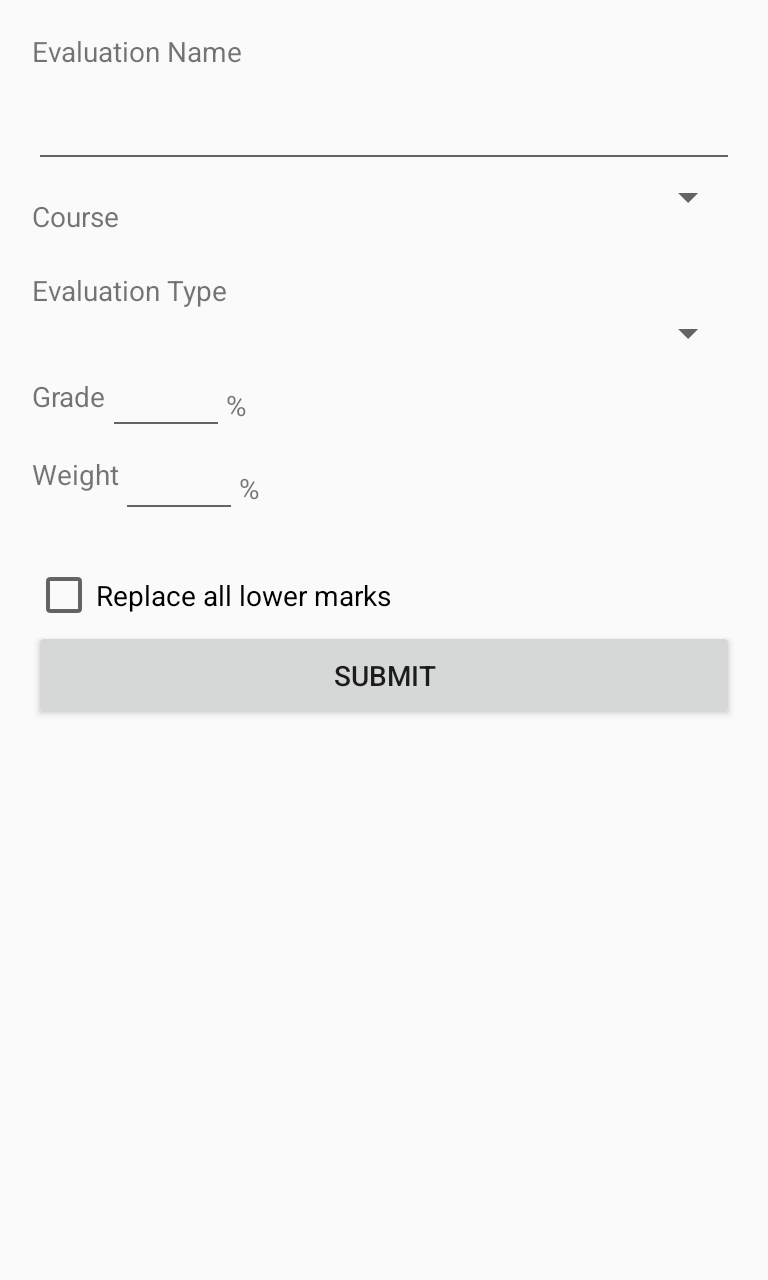
Repository: Tenergy05/GradePlanner
Layout: GradePlanner/res/layout/activity_add_mark.xml
The author's editor kept a copy of each file at every save. The layout is drawn from the files as they stood at one save, then again after the next save.
It is drawn on a 768 x 1280 px phone screen (xhdpi) without system bars, with theme AppTheme; the app's code is not run.

Above is the layout before, as saved 2014-12-30 21:50:20.

After the next save:
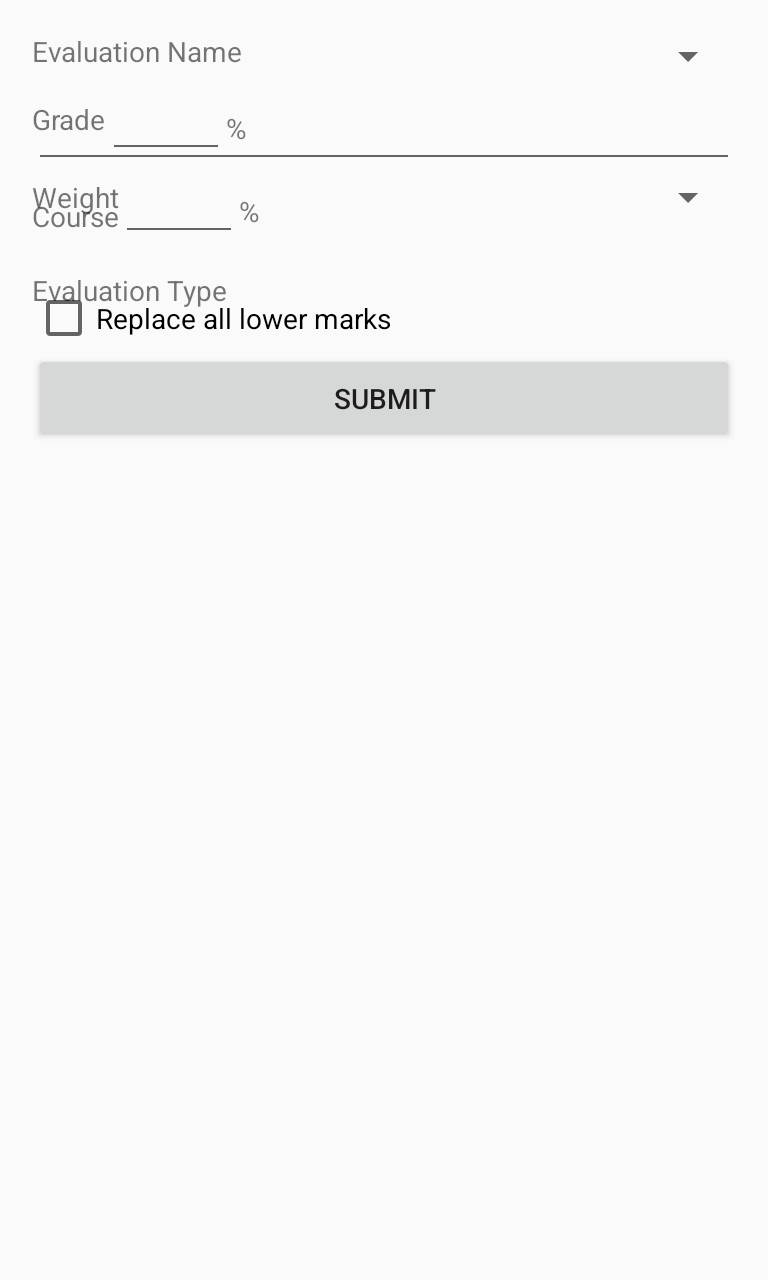
Saved 57 s later.
--- a/GradePlanner/res/layout/activity_add_mark.xml
+++ b/GradePlanner/res/layout/activity_add_mark.xml
@@ -57,7 +57,7 @@
         android:layout_height="wrap_content"
         android:layout_alignParentLeft="true"
         android:layout_alignParentRight="true"
-        android:layout_below="@+id/textView3" />
+        android:layout_toRightOf="@+id/textView3" />
 
     <TextView
         android:id="@+id/textView4"
